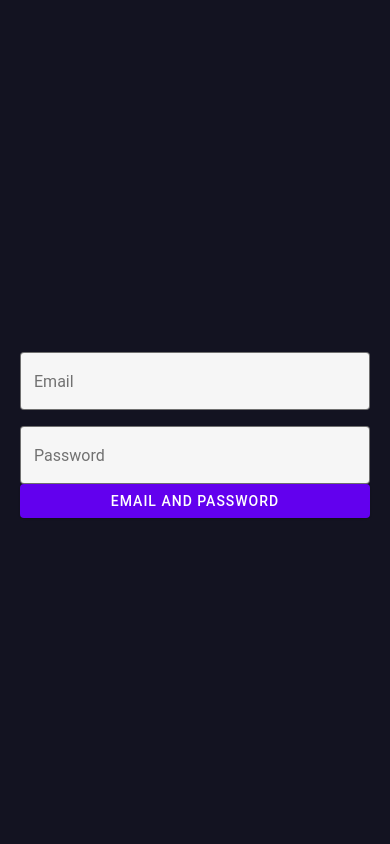
Repository: pascalgrim/GymTracker
Screen: /
An editor plug-in stored every save of this project. The screen is shown before and after the next save, followed by the edit.
The app was drawn by React Native's web renderer in a window 390 px wide. The project was rebuilt for these pictures with package versions that can differ from the ones it lists, and the page was loaded fresh each time. Also part of the build but not shown: components/menuCard.js, components/Dashboard.js, firebase.js, context/AuthContext.js.

Above is the screen before, as saved 2021-11-05 20:00:34.

After the next save:
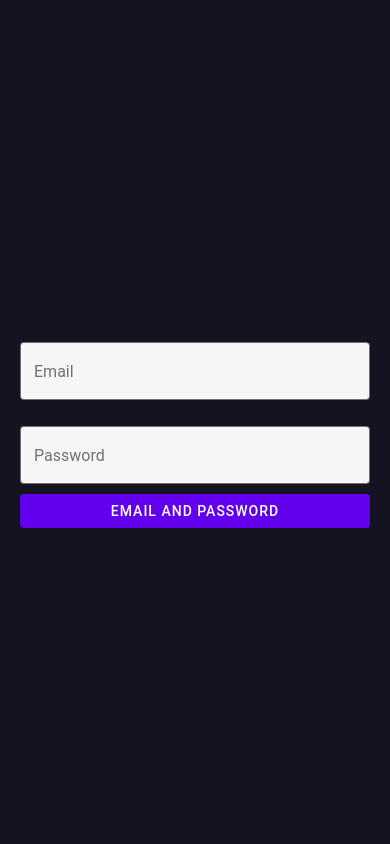
Saved 31 s later.
--- a/components/Signup.js
+++ b/components/Signup.js
@@ -39,7 +39,7 @@ export default function Signup() {
     return (
         <View style={styles.container}>
             <TextInput label="Email" mode="outlined" style={styles.textInput}/>
-            <TextInput label="Password" mode="outlined" secureTextEntry={true}/>
+            <TextInput label="Password" mode="outlined" secureTextEntry={true} style={styles.textInput}/>
             <Button dark mode="contained" onPress={handleSubmit}>Email And Password</Button>
         </View>
 
